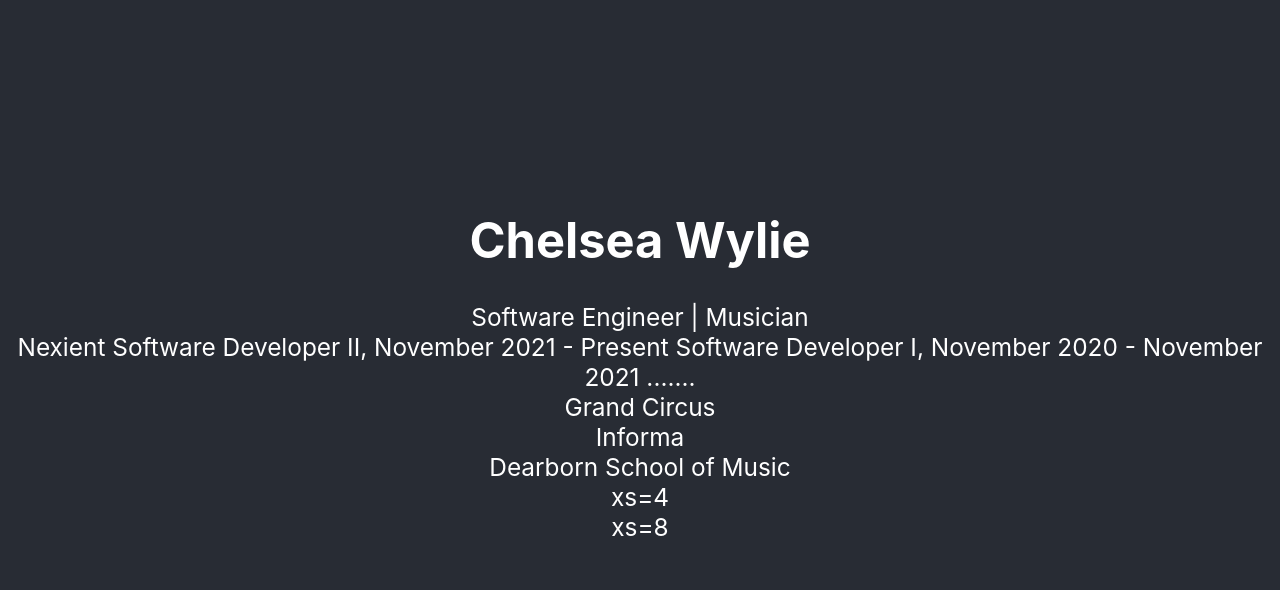
Repository: chelsswylie/portfolio
Page: /
These files come from the project's save history. The page is drawn as it stood at one moment and after the next save; the edit follows.
The browser window is 1280 px wide. The pictures show the whole page.
The project was rebuilt for these pictures with package versions that can differ from the ones it lists, and the page was loaded fresh each time.

Above is the page before, as saved 2022-06-05 19:00:15.

After the next save:
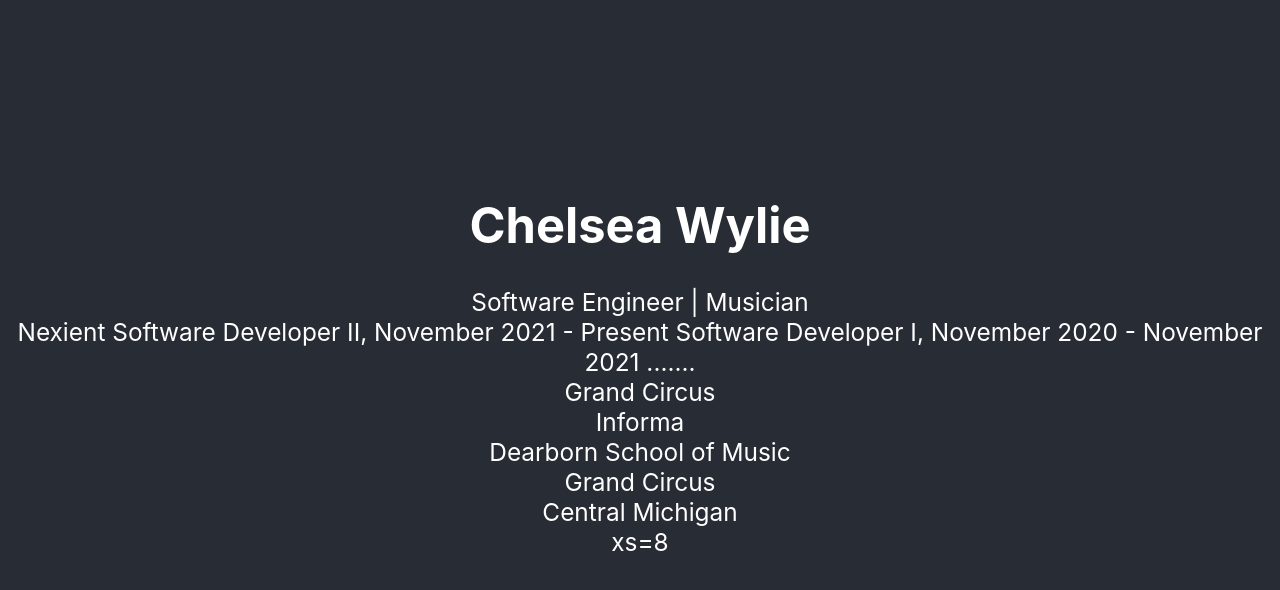
Saved 6 s later.
--- a/src/components/atom/Grid.js
+++ b/src/components/atom/Grid.js
@@ -14,7 +14,7 @@
     <ExperienceContainer/>
   </div>
   <div className="grid-item">
-    <div>xs=4</div>
+    <EducationContainer />
   </div>
   <div className="grid-item">
     <div>xs=8</div>
